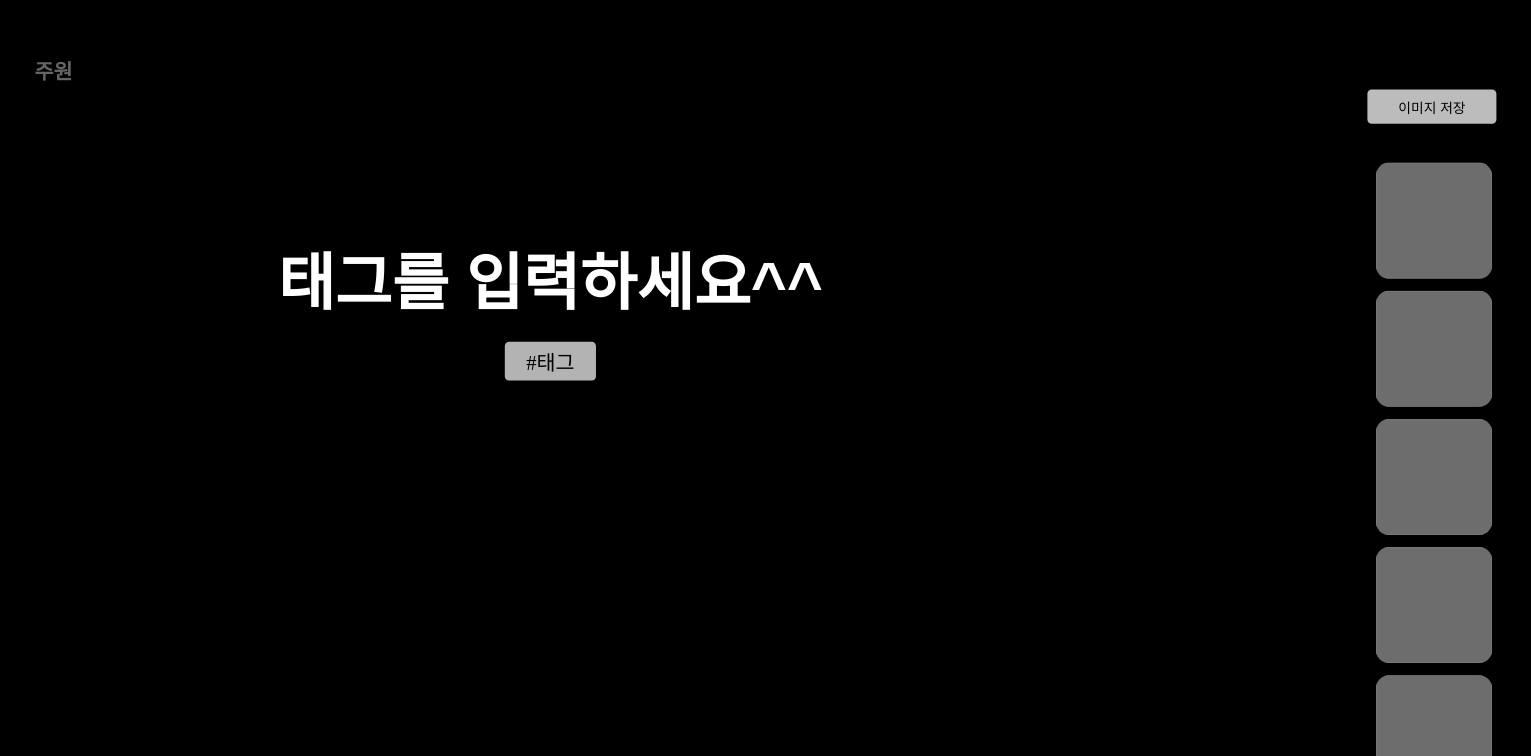
Repository: YoonJoowon/ImageTagPrinter
Page: public/index.html
An editor plug-in stored every save of this project. The page is shown before and after the next save, followed by the edit.
The browser window is 1280 px wide. The page is 1780 px wide, so the pictures cover 1780 px, including what lies to the right of the window. The pictures show the whole page, at 86% of full size.
An inner scrolling area shows only its first screen.

Above is the page before, as saved 2023-05-23 14:29:12.

After the next save:
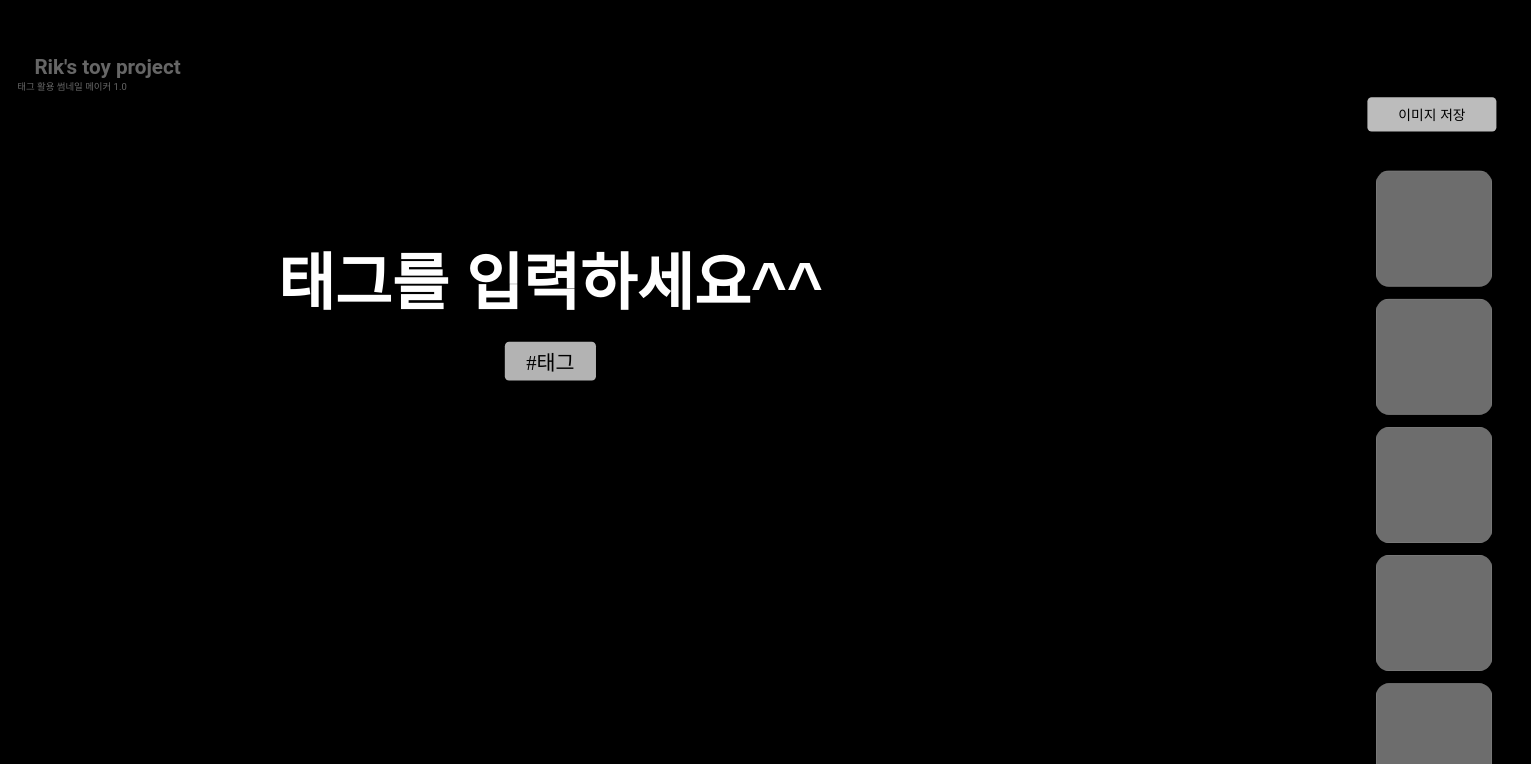
Saved 25 s later.
--- a/public/index.html
+++ b/public/index.html
@@ -21,8 +21,8 @@
   <header>
       <div>
         <a href="http://localhost:3000/" target="_blank">
-          <h1>주원</h1>
-          <!-- <p>태그 활용 썸네일 메이커 1.0</p> -->
+          <h1>Rik's toy project</h1>
+          <p>태그 활용 썸네일 메이커 1.0</p>
         </a>
       </div>
       <div class="master__panel">
